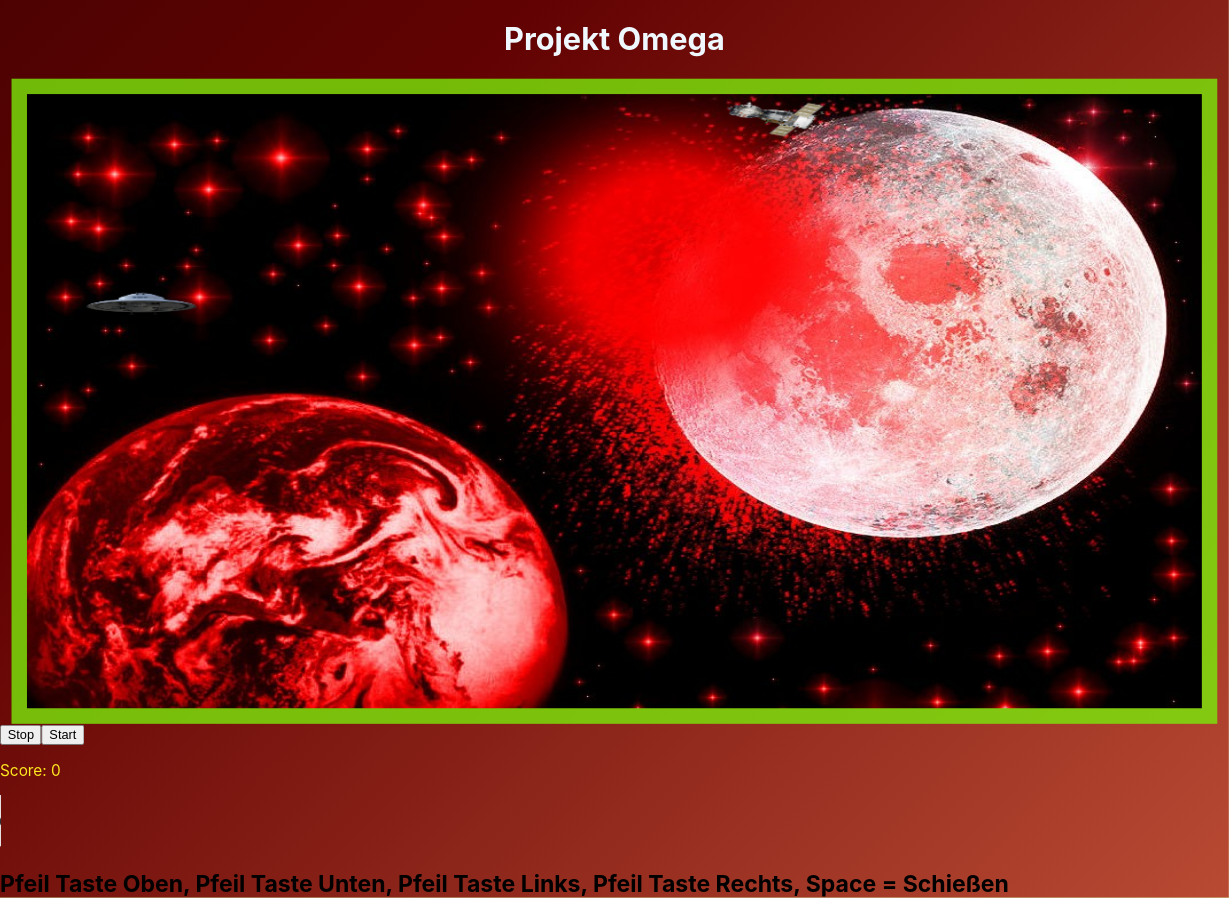
Repository: Der-Metatron/Projekt-Omega-Sprotte
Page: /, after clicking the first element matching `button.startbutton`
The author's editor kept a copy of each file at every save. The page is drawn from the files as they stood at one save, then again after the next save.
The browser window is 1280 px wide. The pictures show the whole page, at 96% of full size.
The project was rebuilt for these pictures with package versions that can differ from the ones it lists, and the page was loaded fresh each time.

Above is the page before, as saved 2022-06-23 18:58:16.

### public/index.html
<!DOCTYPE html>
<html lang="de">
  <head>
    <meta charset="UTF-8" />
    <meta name="Metatron" content="width=device-width, initial-scale=1.0" />
    <link rel="stylesheet" href="style.css" />

    <title>Projekt-Omega></title>
  </head>

  <body>
    <!-- <body onload="startGame()"> -->
    <div id="root"></div>
    <!-- TEST -->
    <div id="canvasbackground"></div>
  </body>
</html>

### src/App.js
/* Hier werden die Einzelnen Seiten Hinzugefügt */
import "./App.css";
import { useState } from "react";
import { GameCanvas } from "./components/GameCanvas";
import { Welcome } from "./components/Welcome";
import { Footer } from "./components/Footer";

function App() {
  const [currentPage, setCurrentPage] = useState(0);
  return (
    <div className="App">
      {currentPage === 0 ? (
        <>
          <Welcome
            onContinue={() => {
              setCurrentPage(1);
            }}
          />
        </>
      ) : (
        <>
          <h1>Projekt Omega</h1>
          <GameCanvas />
          <Footer />
        </>
      )}
    </div>
  );
}

export default App;

### src/App.css
html,
body {
  width: 100%;
  height: 100%;
}

h1 {
  text-align: center;
  color: aliceblue;
}

body {
  background: linear-gradient(-45deg, #ee7752, #620202, #000000, #265046);
  background-size: 400% 400%;
  animation: gradient 15s ease infinite;
}

@keyframes gradient {
  0% {
    background-position: 0% 50%;
  }
  50% {
    background-position: 100% 50%;
  }
  100% {
    background-position: 0% 50%;
  }
}

### src/components/GameCanvas.jsx
import React, { useRef, useEffect, useState } from "react";
import { GameControl } from "../services/game-control";
import ReactAudioPlayer from "react-audio-player";

import "./GameCanvas.css";

export const GameCanvas = () => {
  const [score, setScore] = useState(0);
  const [message, setMessage] = useState("");
  const canvasRef = useRef(null);
  const gameControl = useRef(null);

  useEffect(() => {
    const canvas = canvasRef.current;
    const context = canvas.getContext("2d");
    gameControl.current = GameControl(context);
    gameControl.current.addEventListener((event, payload) => {
      switch (event) {
        case "score_changed":
          setScore(payload.score);
          break;
        case "game_over":
          setMessage("Game Over!");
          break;
        default:
          break;
      }
    });
    gameControl.current.startGame();
  }, []);

  return (
    <>
      {/* -----------------Größe desCanvas-------------------------------------- */}
      <canvas
        ref={canvasRef}
        className="game-canvas"
        width="1024"
        height="640"
      />
      {/* --------------Button Stop------------------------------------------- */}
      <button
        className="stopbutton"
        onClick={() => {
          gameControl.current.endGame();
        }}
      >
        Stop
      </button>
      {/* ----------------Button Stsrt------------------------------------ */}
      <button
        className="weiterbutton"
        onClick={() => {
          gameControl.current.startGame();
        }}
      >
        Start
      </button>
      <p className="punkte">Score: {score}</p> {/* Angezeigter Punktezähler */}
      <p>{message}</p> {/* FEHLER */}
      {/* -------------------------------AUDIO----------------------------------------------- */}
      <ReactAudioPlayer
        src="/audio/Musik/titel 1.mp3"
        autoPlay
        controls
        loop
        volume={0.5}
      />
    </>
  );
};

### src/components/Welcome.jsx
import React from "react";
import "./Welcome.css";
import ReactAudioPlayer from "react-audio-player";

function randomPosition() {
  let y = window.innerWidth;
  let x = window.innerHeight;
  let randomX = Math.floor(Math.random() * x);
  let randomY = Math.floor(Math.random() * y);
  return [randomX, randomY];
}

export const Welcome = ({ onContinue }) => {
  const starDivs = [];
  for (let i = 0; i < 400; i++) {
    let xy = randomPosition();
    starDivs.push(
      <div
        key={i}
        className="stars"
        style={{
          top: xy[0],
          left: xy[1],
        }}
      ></div>
    );
  }
  /* ----------------------------------------------------------------------------- */
  console.log(starDivs);
  /* ------------------------------------------------------------------------------ */
  return (
    <div className="welcome-container">
      {starDivs}

      {/* <!-- Erste Inro laufschrift --> */}

      <section className="intro">
        In einer Zeit bei DCI mit einer kleinen aufstrebenden Programmier
        Gruppe...................
      </section>
      <section className="logo">
        <img src="/public/img/Unbenannt.png" alt="Projekt-Omega Geschichte" />
      </section>
      <div id="scroller">
        <div id="content">
          <p id="title">Episode DCI Abschlussprojekt</p>
          <br></br>
          <p id="subtitle">Projekt-Omega</p>
          <br />
          <p>
            Du bist alleine mit deinen Raumschiff Omega und kämpfst in einer
            Dystopischen Welt voller feindlichen Gegnern ums überleben.Während
            des 21.Jahrhundert befinden sich in der Umlaufbahn des Planeten Erde
            durch Umweltverschmutzung,zügelloser verbrauch der Ressourcen und
            Machthungriger Politiker Unmengen an Weltraum Schrott, Satelliten
            und Gruppen verschiedener Fraktionen die versuchen dir das Licht
            auszuknipsen dazu kommen nach und nach eine Invasion von Feindlichen
            Flug Objekten dazu und machen dir das Leben zur Hölle. Messe dich
            mit anderen Spielern um die Höchste Punktzahl,verewige dich in der
            Highscore und werde der Ultimative Retter des Universums.
          </p>
          <p>
            Idee: Der Metatron. Programming: Der Metatron, Serdar, Dennis. Musik
            & Sound: Der Metatron. Grafik: Emergancy-Romm Tattoo, Pixbay, Der
            Metatron. Backend: Serdar. Canvas build React: Ralf.
          </p>
          <p>Erstellt mit: Canvas, Html, Reackt, MongoDb, Express, Css.</p>
          <p>
            Danke an alle die uns bei diesen Projekt unterstützt haben und uns
            die gelegenheit gegeben haben unser Ideen zu verwirklichen.Special
            Thanks to Ralf & Chriatian. Und jetzt viel Spaß beim Zocken!!!
          </p>
        </div>
      </div>

      <footer>
        {/* ---------------------AUDIO-------------------------------------------- */}
        <ReactAudioPlayer
          src="/audio/Musik/Projekt Omega cut.mp3"
          autoPlay
          controls
          volume={0.5}
        />
        {/* ----------------------------------------------------------------------- */}
        <button
          className="startbutton"
          onClick={() => {
            onContinue();
          }}
        >
          Start Game!
        </button>
      </footer>
    </div>
  );
};

### src/components/Footer.jsx
import React from "react";

export const Footer = () => {
  return (
    <div>
      <h2>
        Pfeil Taste Oben, Pfeil Taste Unten, Pfeil Taste Links, Pfeil Taste
        Rechts, Space = Schießen
      </h2>
    </div>
  );
};

### src/services/game-control.js
const KeysToWatch = [
  "Space",
  "ArrowUp",
  "ArrowDown",
  "ArrowLeft",
  "ArrowRight",
];
const KeyStates = {};
document.addEventListener("keydown", (e) => {
  if (KeysToWatch.includes(e.code)) {
    e.preventDefault();
    KeyStates[e.code] = true;
  }
});
document.addEventListener("keyup", (e) => {
  if (KeysToWatch.includes(e.code)) {
    e.preventDefault();
    KeyStates[e.code] = false;
  }
});

export const GameControl = (context) => {
  const ctx = context;
  let eventListeners = [];
  let gameStarted = false;
  let score = 0;
  const intervals = {
    update: null,
    createUfos: null,
    checkForCollision: null,
    checkForShoot: null,
  };
  let backgroundImage = new Image();
  let rocket = {
    x: 50,
    y: 200,
    width: 100,
    height: 50,
    src: "img/ufo1.png",
  };
  let ufos = [];
  let shots = [];

  const loadImages = () => {
    backgroundImage.src = "img/- WALLPAPER - (276).jpg";
    rocket.img = new Image();
    rocket.img.src = rocket.src;
  };

  const draw = () => {
    ctx.drawImage(backgroundImage, 0, 0);
    ctx.drawImage(rocket.img, rocket.x, rocket.y, rocket.width, rocket.height);

    ufos.forEach(function (ufo) {
      ctx.drawImage(ufo.img, ufo.x, ufo.y, ufo.width, ufo.height);
    });

    shots.forEach(function (shot) {
      ctx.drawImage(shot.img, shot.x, shot.y, shot.width, shot.height);
    });

    if (gameStarted) {
      requestAnimationFrame(draw);
    }
  };

  const update = () => {
    if (KeyStates.ArrowUp) {
      rocket.y -= 6;
    }
    if (KeyStates.ArrowDown) {
      rocket.y += 6;
    }
    if (KeyStates.ArrowLeft) {
      rocket.x -= 6;
    }

    if (KeyStates.ArrowRight) {
      rocket.x += 6;
    }
    ufos.forEach(function (ufo) {
      if (!ufo.hit) {
        ufo.x -= 5;
      }
    });
    shots.forEach(function (shot) {
      shot.x += 15;
    });
  };

  const createUfos = () => {
    let ufo = {
      x: 800,
      y: Math.random() * 500, // Wir platzieren unsere UFOs an einem zufälligen Ort
      width: 100,
      height: 40,
      src: "img/sat.png",

      img: new Image(),
    };
    ufo.img.src = ufo.src; // Ufo-Bild wird geladen.
    ufos.push(ufo);
  };
  const checkForCollision = () => {
    ufos.forEach(function (ufo) {
      // Kontrollieren, ob UFO mit Rakete kollidiert
      if (
        rocket.x + rocket.width > ufo.x &&
        rocket.y + rocket.height > ufo.y &&
        rocket.x < ufo.x &&
        rocket.y < ufo.y + ufo.height
      ) {
        rocket.img.src = "img/boom3.png";
        console.log("Collion!!!");
        ufos = ufos.filter((u) => u !== ufo);
        gameOver();
      }

      shots.forEach(function (shot) {
        // Kontrollieren, ob Laser mit Rakete kollidiert
        if (
          shot.x + shot.width > ufo.x &&
          shot.y + shot.height > ufo.y &&
          shot.x < ufo.x &&
          shot.y < ufo.y + ufo.height
        ) {
          ufo.hit = true;
          ufo.img.src = "img/boom3.png";
          console.log("Collision!!!");
          increaseScore(10);
          setTimeout(() => {
            ufos = ufos.filter((u) => u !== ufo);
          }, 2000);
        }
      });
    });
  };
  const checkForShoot = () => {
    if (KeyStates.Space) {
      let shot = {
        x: rocket.x + 110,
        y: rocket.y + 22,
        width: 20,
        height: 4,
        src: "img/shot.png",
        img: new Image(),
      };
      shot.img.src = shot.src; // Laser-Bild wird geladen.
      shots.push(shot);
    }
  };

  const gameOver = () => {
    clearIntervals();
    gameStarted = false;
    fireEvent("game_over");
  };

  const increaseScore = (increment) => {
    score += increment;
    fireEvent("score_changed", { score });
  };

  const resetScore = () => {
    score = 0;
    fireEvent("score_changed", { score });
  };

  const clearIntervals = () => {
    for (let [key, value] of Object.entries(intervals)) {
      if (value !== null) {
        clearInterval(value);
      }
      intervals[key] = null;
    }
  };
  const startIntervals = () => {
    clearIntervals();
    intervals.update = setInterval(update, 1000 / 25);
    intervals.createUfos = setInterval(createUfos, 2000);
    intervals.checkForCollision = setInterval(checkForCollision, 1000 / 25);
    intervals.checkForShoot = setInterval(checkForShoot, 1000 / 10);
  };

  const fireEvent = (event, payload) => {
    for (let listener of eventListeners) {
      listener(event, payload);
    }
  };

  const initGame = () => {
    rocket.x = 50;
    rocket.y = 200;
    ufos = [];
    shots = [];
    loadImages();
    clearIntervals();
    resetScore();
  };

  return {
    addEventListener: (listener) => {
      console.log("addEventListener", listener);
      eventListeners.push(listener);
    },
    startGame: () => {
      initGame();
      startIntervals();
      gameStarted = true;
      draw();
    },
    pauseGame: () => {
      clearIntervals();
      gameStarted = false;
    },
    continueGame: () => {
      startIntervals();
      gameStarted = true;
      draw();
    },
    endGame: () => {
      clearIntervals();
      gameStarted = false;
    },
  };
};

### src/components/GameCanvas.css
canvas {
  background-color: rgba(122, 234, 10, 0.8);
  padding-left: 0;
  padding-right: 0;
  margin-left: auto;
  margin-right: auto;
  display: block;
  width: 1224px;
  height: 640px;
  padding: 1rem;
}

### src/components/Welcome.css
@import url("https://fonts.googleapis.com/css2?family=Open+Sans&display=swap");

.welcome-container {
  margin: 0;
  background-color: #000;
  overflow: hidden !important;
}

.welcome-container::after {
  content: "";
  position: fixed;
  top: 0;
  left: 0;
  width: 100%;
  height: 80vh;
  background: linear-gradient(
    to bottom,
    rgba(0, 0, 0, 1) 61%,
    rgba(0, 0, 0, 0.54) 79%,
    rgba(0, 0, 0, 0) 100%
  );
  z-index: 1;
}

.stars {
  position: absolute;
  width: 1px;
  height: 1px;
  background-color: #fff;
  z-index: 3;
}

.intro {
  position: absolute;
  top: 50%;
  left: 50%;
  transform: translate(-50%, -50%);
  z-index: 2;
  color: rgb(75, 213, 238);
  font-family: "Open Sans", sans-serif;
  font-weight: 500;
  font-size: 3.25rem;
  width: 80%;
  opacity: 0;
  animation: intro 6s ease-out 0.5s;
}

@keyframes intro {
  0% {
    opacity: 0;
  }
  20% {
    opacity: 1;
  }
  90% {
    opacity: 1;
  }
  100% {
    opacity: 0;
  }
}

.logo {
  position: absolute;
  top: 50%;
  left: 50%;
  transform: translate(-50%, -50%);
  z-index: 2;
  width: 100%;
  opacity: 0;
  animation: logo 10s ease-out 9s;
}

.logo img {
  width: inherit;
}

@keyframes logo {
  0% {
    opacity: 1;
    transform: translate(-50%, -50%) scale(2);
  }
  70% {
    opacity: 1;
  }
  100% {
    opacity: 0;
    transform: translate(-50%, -50%) scale(0.1);
  }
}

p {
  color: #ffe81f;
}

#scroller {
  font-family: sans-serif;
  font-weight: bold;
  font-size: 350%;
  text-align: justify;
  overflow: hidden;
  height: 50em;
  width: 20em;
  position: absolute;
  bottom: 0;
  left: 50%;
  margin-left: -10em;
  z-index: 0;
  transform: perspective(350px) rotateX(25deg);
  transform-origin: 50% 100%;
}

#scroller::after {
  position: absolute;
  content: "";
  bottom: 60%;
  left: 0;
  right: 0;
  top: 0;
}

#content {
  position: absolute;
  top: 100%;
  animation: scoller 100s linear 16s;
}

@keyframes scoller {
  0% {
    top: 100%;
  }
  100% {
    top: -200%;
  }
}

#title,
#subtitle {
  text-align: center;
  line-height: 1.5rem;
}

#subtitle {
  text-transform: uppercase;
  font-size: 3.5rem;
}

footer {
  position: absolute;
  z-index: 10;
}
/*  */
.startbutton {
  display: inline-block;
  margin: 20px;
  text-decoration: none;
  font-family: Arial;
  font-size: 20px;
  border: 1px solid #56ae00;
  border-radius: 25px 5px 5px 25px;
  background-color: #aae472;
  color: #3c5721;
  padding: 5px 10px 5px 25px;
}
.startbutton:hover {
  padding: 5px 25px 5px 10px;
  border-radius: 5px 25px 25px 5px;
}

Loaded but not shown: src/index.js (common file); src/index.css (common file); src/reportWebVitals.js (common file); public/style.css (empty)

After the next save:
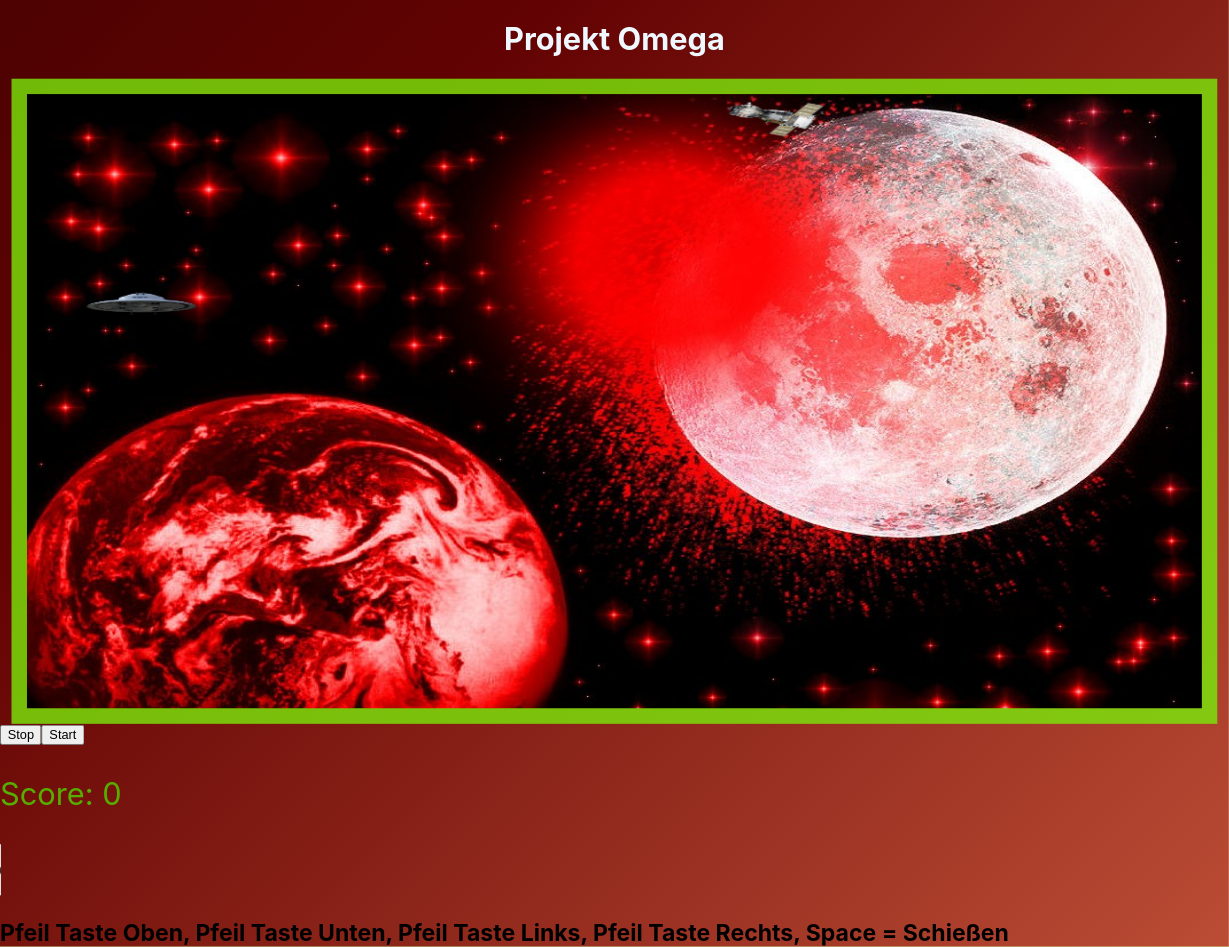
Saved 77 s later.
--- a/src/components/Welcome.css
+++ b/src/components/Welcome.css
@@ -166,3 +166,8 @@
   padding: 5px 25px 5px 10px;
   border-radius: 5px 25px 25px 5px;
 }
+.punkte {
+  align-items: center;
+  color: #56ae00;
+  font-size: 2rem;
+}
